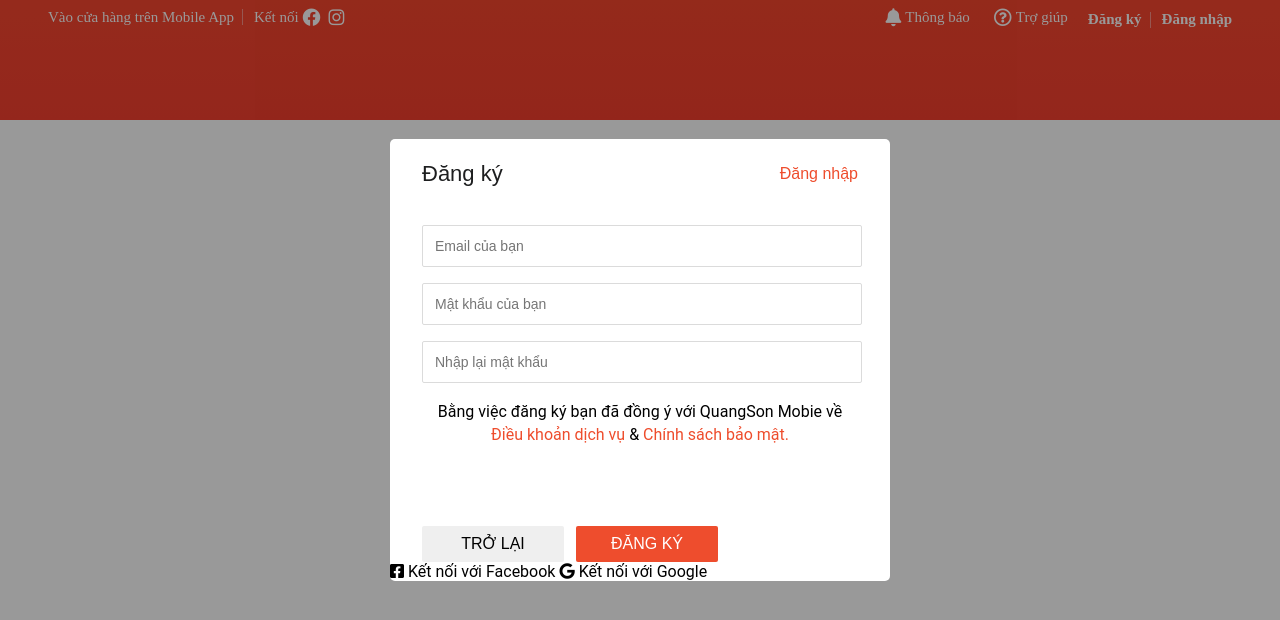
Repository: Qson412/BTL_Web
Page: index.html
These files come from the project's save history. The page is drawn as it stood at one moment and after the next save; the edit follows.
The browser window is 1280 px wide. The pictures show the whole page.

Above is the page before, as saved 2021-11-29 17:11:07.

### index.html
<!DOCTYPE html>
<html lang="en">

<head>
    <meta charset="UTF-8">
    <meta http-equiv="X-UA-Compatible" content="IE=edge">
    <meta name="viewport" content="width=device-width, initial-scale=1.0">
    <link rel="stylesheet" href="./base.css">
    <link rel="stylesheet" href="./main.css">
    <link rel="stylesheet" href="./fontawesome-free-5.15.4-web/css/all.min.css">
    <title>Trang trủ</title>
</head>

<body>
    <div class="app">
        <!-- HEADER -->
        <header class="header">
            <div class="grid">
                <nav class="header__navbar">
                    <ul class="header__navbar-list">
                        <li class="header__navbar-item header__navbar-item--has-qr header__navbar-item--separate">
                            Vào cửa hàng trên Mobile App
                            <!--Link Dowloads App in QR, GG Play and AppStore-->
                            <div class="header__qr">
                                <img src="./uploads/qr_code.png" alt="QR code" class="header__qr-img">
                                <div class="header__qr-app">
                                    <!--Link Dowloads App in GG Play-->
                                    <a href="https://play.google.com/store/apps/details?id=com.shopee.vn&hl=vi&gl=US"
                                        class="header__qr-link"><img src="./uploads/gg_play.png" alt="Google Play"
                                            class="header__qr-dowloads-img"></a>
                                    <!--Link Dowloads App in AppStore-->
                                    <a href="https://apps.apple.com/vn/app/id959841449" class="header__qr-link"><img
                                            src="./uploads/appstore.png" alt="App Store"
                                            class="header__qr-dowloads-img"></a>
                                </div>
                            </div>
                        </li>
                        <li class="header__navbar-item">
                            <span class="header__navbar-title--no-poiter">Kết nối</span>
                            <a href="https://www.facebook.com/" class="header__navbar-icon-link"><i
                                    class="header__navbar-icon fab fa-facebook"></i></a>
                            <a href="https://www.instagram.com/" class="header__navbar-icon-link"><i
                                    class="header__navbar-icon fab fa-instagram"></i></a>
                        </li>
                    </ul>

                    <ul class="header__navbar-list">
                        <li class="header__navbar-item header__navbar-item--has-notify"><a href="" class="header__navbar-item-link">
                                <i class="header__navbar-icon fas fa-bell"></i>
                                Thông báo</a>
                                <!-- Header Notification-->
                                <div class="header__notify">
                                    <header class="header__notify-header">
                                        <h3> Thông báo mới nhận</h3>
                                    </header>
                                    <ul class="header__notify-list">
                                        <li class="header__notify-item header__notify-item--viewed">
                                            <a href="" class="header__notify-link">
                                                <img src="https://cf.shopee.vn/file/3096ba0dd1902385608dca97184bb28b_tn" alt="" class="header__notify-img">
                                                <div class="header__notify-info">
                                                    <span class="header__notify-name">
                                                        Dòng điện thoại SamSung chính hãng vừa ra mắt. </span>
                                                    <span class="header__notify-descriotion">
                                                        Mô tả: SamSung Galaxy Z Fold3 5G.
                                                    </span>
                                                </div>
                                            </a>
                                        </li>

                                        <li class="header__notify-item header__notify-item--viewed">
                                            <a href="" class="header__notify-link">
                                                <img src="https://cf.shopee.vn/file/98a817a6d4d54cbe3c3f241815fc9c8f" alt="" class="header__notify-img">
                                                <div class="header__notify-info">
                                                    <span class="header__notify-name">
                                                        Siêu sale hàng chính hãng cùng Oppo </span>
                                                    <span class="header__notify-descriotion">
                                                        Mô tả: OPPO RENO 6(8GB | 128GB) - Hàng chính hãng.
                                                    </span>
                                                </div>
                                            </a>
                                        </li>

                                        <li class="header__notify-item header__notify-item--viewed">
                                            <a href="" class="header__notify-link">
                                                <img src="https://cf.shopee.vn/file/cd2c1b70c092a7ce16bf17bdd33a638e" alt="" class="header__notify-img">
                                                <div class="header__notify-info">
                                                    <span class="header__notify-name">
                                                        Xiaomi đang giảm giá dòng sản phẩm mới với giá cực sốc.</span>
                                                    <span class="header__notify-descriotion">
                                                        Mô tả: Xiaomi Redmi 10(4GB|128GB) - Hàng chính hãng.
                                                    </span>
                                                </div>
                                            </a>
                                        </li>
                                    </ul>
                                    <footer class="header__notify-footer">
                                        <a href="" class="header__notify-footer-btn">Xem tất cả</a>
                                    </footer>
                                </div>
                        </li>
                        <li class="header__navbar-item"><a href="" class="header__navbar-item-link">
                                <i class="header__navbar-icon far fa-question-circle"></i>
                                Trợ giúp</a>
                        </li>
                        <li class="header__navbar-item header__navbar-item--strong header__navbar-item--separate">Đăng
                            ký</li>
                        <li class="header__navbar-item header__navbar-item--strong">Đăng nhập</li>
                    </ul>
                </nav>
            </div>

        </header>

        <div class="container">

        </div>

        <footer class="footer">

        </footer>
    </div>
    <!-- Modal Body-->
    <div class="modal">
        <div class="modal__overlay"> </div>

        <div class="modal__body">

            <!-- Regiser/Login Form-->
            <div class="auth-form">
                <div class="auth-form__container">
                    <div class="auth-form__header">
                        <h3 class="auth-form__heading">Đăng ký</h3>
                        <span class="auth-form__switch-btn">Đăng nhập</span>
                    </div>

                    <div class="auth-form__form">
                        <div class="auth-form__group">
                            <input type="text" class="auth-form__input" placeholder="Email của bạn">
                        </div>
                        <div class="auth-form__group">
                            <input type="password" class="auth-form__input" placeholder="Mật khẩu của bạn">
                        </div>
                        <div class="auth-form__group">
                            <input type="password" class="auth-form__input" placeholder="Nhập lại mật khẩu">
                        </div>
                    </div>
                    <div class="auth-form__aside">
                        <p class="auth-form__policy-text">Bằng việc đăng ký bạn đã đồng ý với QuangSon Mobie về
                            <a href="" class="auth-form__text-link">Điều khoản dịch vụ</a> &
                            <a href="" class="auth-form__text-link">Chính sách bảo mật.</a>
                        </p>
                    </div>
                    <div class="auth-form__controls">
                        <button class="btn auth-form__controls-back">TRỞ LẠI</button>
                        <button class="btn btn--primary">ĐĂNG KÝ</button>
                    </div>
                </div>

                <div class="auth-form__socials">
                    <a href="" class="btn btn--with-icon">
                        <i class="fab fa-facebook-square"></i>
                        Kết nối với Facebook</a>
                    <a href="" class="btn btn--with-icon">
                        <i class="fab fa-google"></i>
                        Kết nối với Google</a>
                </div>
            </div>

        </div>
    </div>
</body>

</html>

### base.css
body{
    margin: 0;
    padding: 0;
    font-family: 'Roboto' , sans-serif;
}
.grid{
    width: 1200px;
    max-width: 100%;
    margin: 0 auto;
}

/* Animation */
@keyframes fadeIn{
    from{
        opacity: 0;
    }
    to{
        opacity: 1;
    }
}
/* Bien ma mau*/
:root{
    --primary-color: #ee4d2d;
    --border-color: #dbdbdb;
}

/* Modal */
.modal{
    position: fixed;
    top: 0;
    right: 0;
    left: 0;
    bottom: 0;
    display: flex;
}

.modal__overlay{
    position: absolute;
    width: 100%;
    height: 100%;
    background-color: rgba(0,0,0, 0.4);
}

.modal__body{
    z-index: 1;
    position: relative;
   background-color: white;
    margin: auto;
    border-radius: 5px;
}
/* Button style */
.btn{
    min-width: 142px;
    height: 36px;
    text-decoration: none;
    border: none;
    border-radius: 2px;
    font-size: 1rem;
    padding: 0;
    outline: none;
    cursor: pointer;
   color: black;
}

.btn:hover{
    background-color: rgba(0,0,0, 0.05);
}
.btn.btn--primary{
    color: white;
    background-color: var(--primary-color);
}

.btn.btn--disabled{
    color: #949494;
    cursor: default;
    background-color: #c3c3c3;
    filter: brightness(80%);
}

### main.css
.header{

    height: 120px;
    background-image: linear-gradient(0, #f63f2e, #f7462e);
}
.header__navbar{
    display: flex;
    justify-content: space-between;
}
.header__navbar-list{
    list-style: none;
    padding-left: 0;
    margin-top: 4px;
}

.header__navbar-icon-link{
    color: white;
    text-decoration: none;
}

.header__navbar-icon{
    font-size: 18px;
    margin: 0 4px;
}
.header__navbar-item{
    margin: 0 8px ;
    position: relative;
    min-height: 26px;
}
.header__navbar-item--has-qr:hover .header__qr{
    display: block;
}
.header__navbar-item--has-notify:hover .header__notify{
    display: block;
}
.header__navbar-item,
.header__navbar-item-link{
    display: inline-block;
    font-size: 15px;
    color: white;
    text-decoration: none;
   font-family: 'Times New Roman', Times, serif;
}
.header__navbar-item:hover,
.header__navbar-icon-link:hover,
.header__navbar-item-link:hover{
    cursor: pointer;
    color: rgba(255, 255, 255, 0.7);
}

.header__navbar-item,
.header__navbar-item-link,
.header__navbar-icon-link{
    display: inline-flex;
    align-items: center;
}
.header__navbar-item--strong{
    font-weight: 900;
}

.header__navbar-item--separate::after{
    content: "";
    display: block;
    position: absolute;
    border-left: 1px solid #FB9086;
    height: 16px;
    right: -9px;
    top: 50%;
    transform: translateY(-50%);
}

.header__navbar-title--no-poiter{
    cursor: text;
    color: white;
}

/* Header QR code */
.header__qr{
    width: 175px;
    background-color: white ;
    position: absolute;
    left: 0;
    top: 118%;
    padding: 8px;
    border-radius: 2px;
    display: none;
    animation: fadeIn ease-in 0.5s;
}
.header__qr::before{
    position: absolute;
    left: 0;
    top: -16px;
    width: 100%;
    height: 20px;
    content: "";
    display: block;
}
.header__qr-img{
    width: 100%;
}

.header__qr-app{
    display: flex;
    justify-content: space-between;
    /* width: 100%;*/
}

.header__qr-link:nth-child(1){
    margin-left: 11px;
}
.header__qr-link:nth-child(2){
    margin-right: 11px;
}
.header__qr-dowloads-img{
    height: 16px;
}
/* HEADER NOTI.fication */
.header__notify{
    position: absolute;
    top: 118%;
    width: 404px;
    border: 1px solid #d3d3d3;
    background-color: white;
    right: 0;
    cursor: default;
    transform-origin: calc(100% - 20px) top ;
    animation: headerNotifyGrowth ease-in 0.2s;
    /* Mo rong animation trong truong hop 1 so Web không ho tro Animation */
    -webkit-animation: headerNotifyGrowth ease-in 0.2s;
    will-change: opacity, transform;
    display: none;
}

.header__notify::before{
    content: "";
    border-width: 20px 27px;
    border-style: solid;
    border-color: transparent transparent white transparent;
    position: absolute;
    right: 4px;
    top: -28px;
}

.header__notify::after{
    content: "";
    display: block;
    position: absolute;
    width: 90px;
    height: 20px;
    right: 0;
    top: -16px;
}
@keyframes headerNotifyGrowth{
    from{
        opacity: 0;
        transform: scale(0);
    }
    to{
        opacity: 1;
        transform: scale(1);
    }
}
.header__notify-header{
    height: 40px;
    background-color: white;
}

.header__notify-header h3{
    color: #999;
    margin:0 0 0 12px;
    font-weight: 400;
    font-size: 15px;
    line-height: 40px;
    user-select: none;
}

.header__notify-list{
    padding-left: 0;
}

.header__notify-item{
    display: flex;
}

.header__notify-item:hover{
    background-color: #f7f7f7;
}
.header__notify-item--viewed{
    background-color: rgb(238, 75, 43 , 0.08);
}

.header__notify-link{
    display: flex;
    width: 100%;
    padding: 12px;
    text-decoration: none;
    background-color: rgb(238, 77, 45 , 0.08);
}

.header__notify-img{
    width: 50px;
    object-fit: contain;
}

.header__notify-info{
    margin-left: 12px;
}

.header__notify-name{
    display:block;
    font-size: 14px;
    color: black;
    font-weight: 400;
    line-height: 1.2rem;
}

.header__notify-descriotion{
    display: block;
    font-size: 12px;
    color: #756f6e;
    line-height: 1.6rem;
}

.header__notify-footer{
    display: flex;
}

.header__notify-footer-btn{
    text-decoration: none;
    color: #272626;
    width: 100%;
    padding: 8px 0;
    text-align: center;
}

/* Authel Modal */
.auth-form{
    width: 500px;
}
.auth-form__container{
    padding: 0 32px;
}

.auth-form__header{
    display: flex;
    align-items: center;
    justify-content: space-between;
    font-family: Arial, Helvetica, sans-serif;
}

.auth-form__heading{
    font-size: 22px;
    font-weight: 500;
    color: rgb(29, 30, 31);
}

.auth-form__switch-btn{
    font-size: 16px;
    font-weight: 500;
    color: var(--primary-color);
    cursor: pointer;
}

/*.auth-form__form{

}
*/
.auth-form__input{
    width: 95%;
    height: 40px;
    margin-top: 16px;
    padding: 0 12px;
    font-size: 14px;
    border-radius: 2px;
    border: 1px solid var(--border-color);
    outline: none;
}

.auth-form__input:focus{
    border-color: #888;
}

.auth-form__aside{
    margin-top: 18px;
}

.auth-form__policy-text{
    font-size: 1rem;
    line-height: 1.4rem;
    text-align: center;

}

.auth-form__text-link{
    font-size: 1rem;
    text-decoration: none;
    color: var(--primary-color);
}

.auth-form__controls{
    margin-top: 80px;
}
..auth-form__controls{
     display: flex;
     justify-content: flex-end;
     margin-top: 80px;
}

.auth-form__controls-back{
    margin-right: 8px;
}
.auth-form__socials{

}

Loaded but not shown: fontawesome-free-5.15.4-web/css/all.min.css (library)

After the next save:
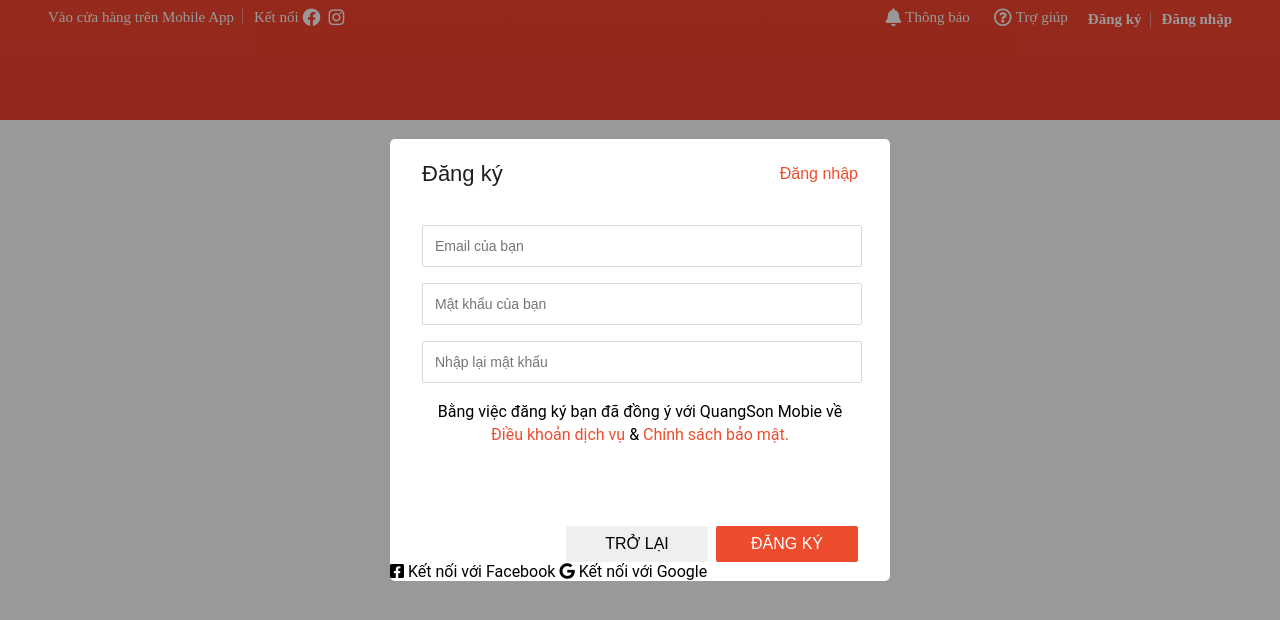
Saved 12 s later.
--- a/main.css
+++ b/main.css
@@ -300,7 +300,7 @@
 .auth-form__controls{
     margin-top: 80px;
 }
-..auth-form__controls{
+.auth-form__controls{
      display: flex;
      justify-content: flex-end;
      margin-top: 80px;
